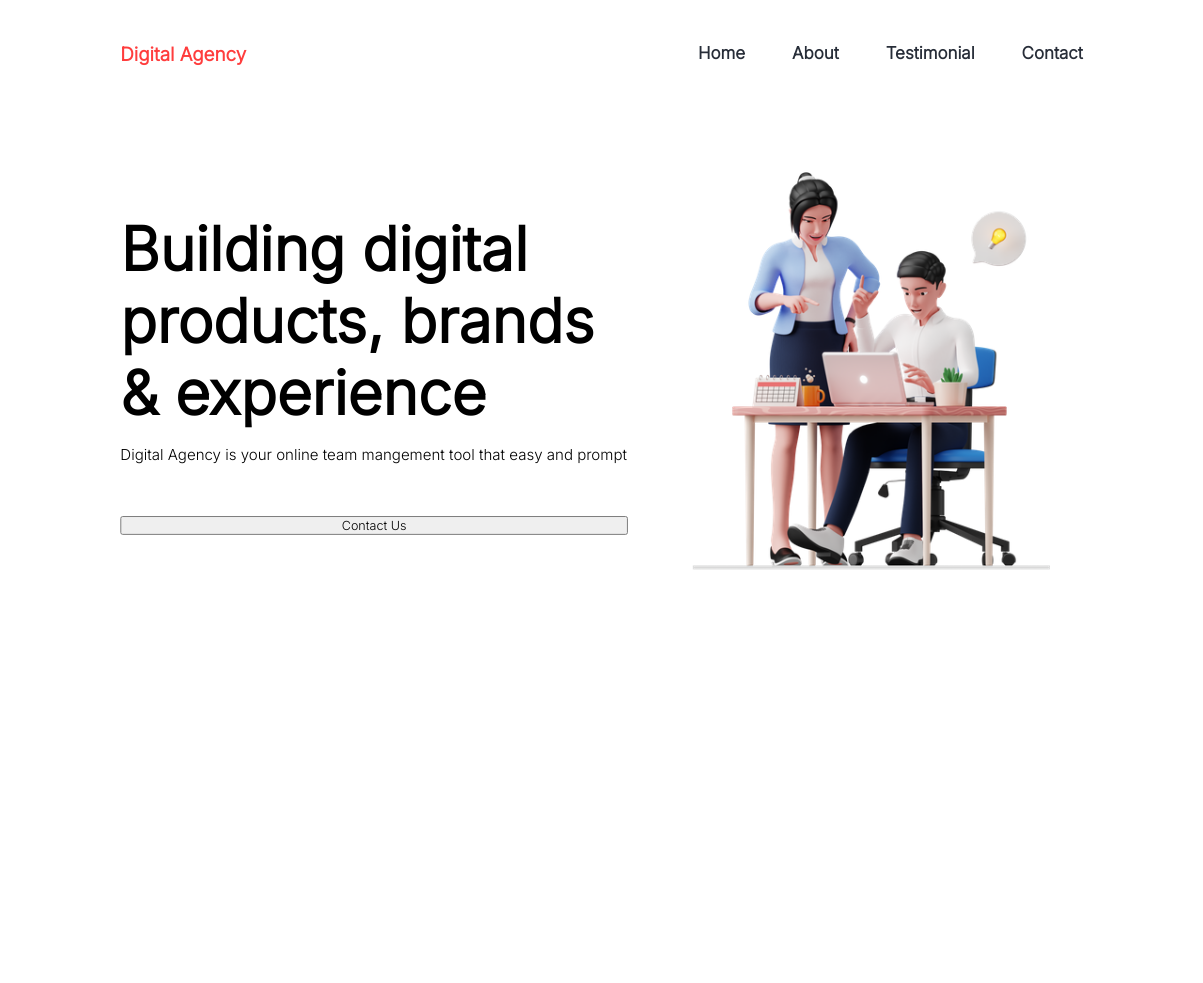
Repository: ThuatDev/fullstack_devc
Page: index.html
An editor plug-in stored every save of this project. The page is shown before and after the next save, followed by the edit.
The browser window is 1280 px wide. The pictures show the whole page, at 94% of full size.

Above is the page before, as saved 2022-11-09 16:35:13.

### index.html
<!DOCTYPE html>
<html lang="en">
  <head>
    <meta charset="UTF-8" />
    <meta http-equiv="X-UA-Compatible" content="IE=edge" />
    <meta name="viewport" content="width=device-width, initial-scale=1.0" />
    <link rel="stylesheet" href="index.css" />
    <title>Digital Agency</title>
  </head>
  <body>
    <div class="container">
      <div class="navbar">
        <div class="navbar__left">
          <p class="navbar__left-logo">Digital Agency</p>
        </div>
        <div class="navbar__right">
          <ul class="navbar__right-list">
            <li><a href="#">Home</a></li>
            <li><a href="#">About</a></li>
            <li><a href="#">Testimonial</a></li>
            <li><a href="#">Contact</a></li>
          </ul>
        </div>
      </div>

      <!-- HERO SECTION  -->
      <div class="h-section">
        <div class="h-section__left">
          <h2>Building digital products, brands & experience</h2>
          <p>
            Digital Agency is your online team mangement tool that easy and
            prompt
          </p>
          <button>Contact Us</button>
        </div>
        <div class="h-section__right">
          <img
            src="./img/business-people-discussing-business-idea.png"
            alt=""
          />
        </div>
      </div>
    </div>
  </body>
</html>

### index.css
@import url("https://fonts.googleapis.com/css2?family=Inter:wght@200;300&display=swap");
* {
  padding: 0;
  margin: 0;
  box-sizing: border-box;
  font-family: "Inter", sans-serif;
}
.container {
  width: 80%;
  height: 1000px;

  margin: 0 auto;
}

/* nav bar*/
.navbar {
  display: flex;
  justify-content: space-between;
  margin-top: 46px;
}
.navbar .navbar__left .navbar__left-logo {
  font-size: 20px;
  font-weight: 700;
  color: rgb(255, 61, 61);
  line-height: 24px;
}
.navbar > .navbar__right > .navbar__right-list {
  display: flex;
}
.navbar > .navbar__right > .navbar__right-list li {
  list-style: none;
  margin-left: 50px;
}
.navbar > .navbar__right > .navbar__right-list li > a {
  text-decoration: none;
  /* color: rgb(255, 72, 72); */
  /* padding: 10px 20px; */
  /* display: block;
   */
  font-weight: 600;
  font-size: 18px;
  color: #272d38;
}
/* Hero section */
.h-section {
  display: flex;
  justify-content: space-between;
  margin-top: 100px;
}
.h-section .h-section__left {
  display: flex;
  flex-direction: column;
  justify-content: space-evenly;
}
.h-section .h-section__left h2 {
  font-weight: 700;
  font-size: 64px;
  width: 540px;
  height: 192px;
}

After the next save:
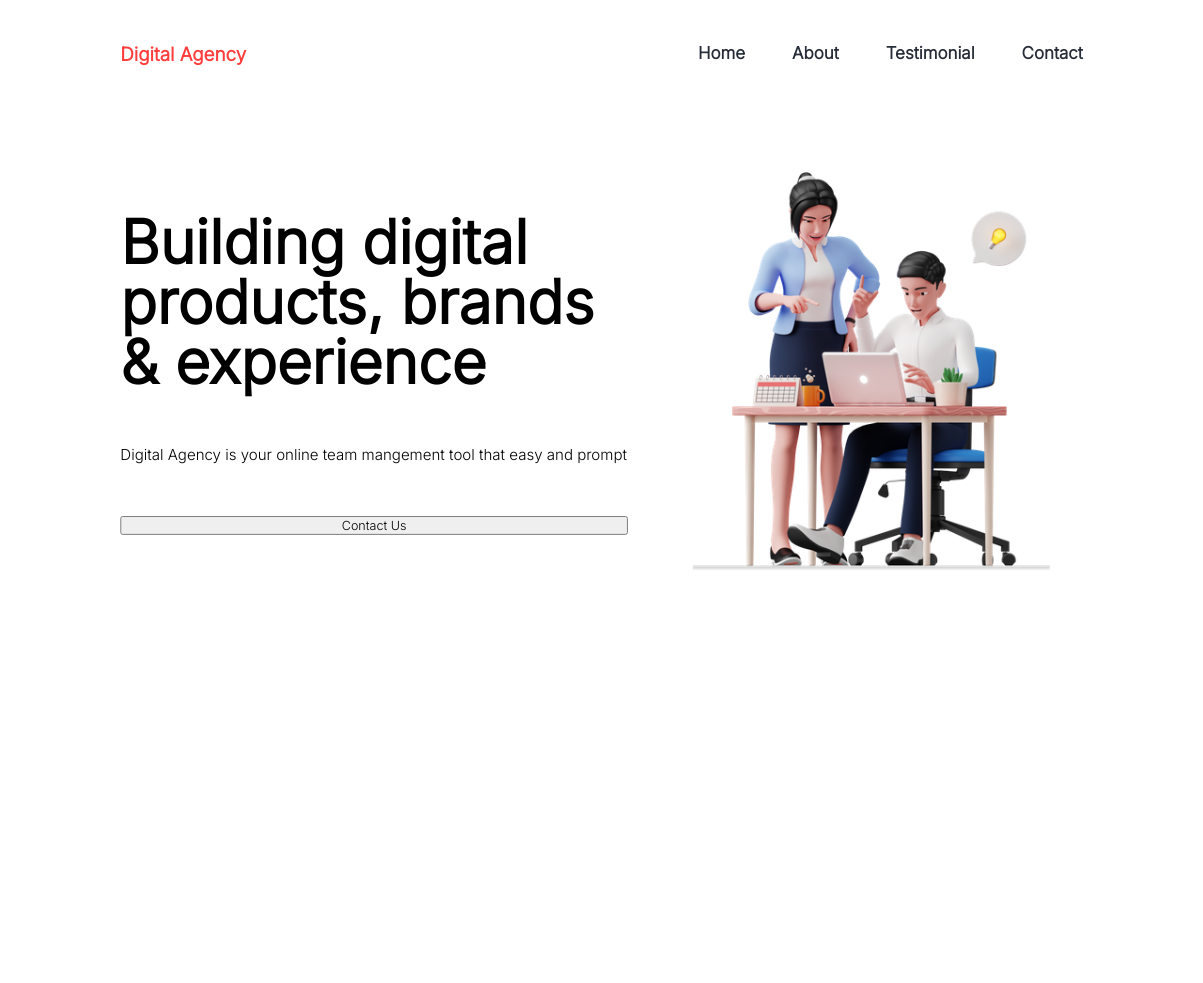
Saved 2 min 22 s later.
--- a/index.css
+++ b/index.css
@@ -57,4 +57,5 @@
   font-size: 64px;
   width: 540px;
   height: 192px;
+  line-height: 100%;
 }
